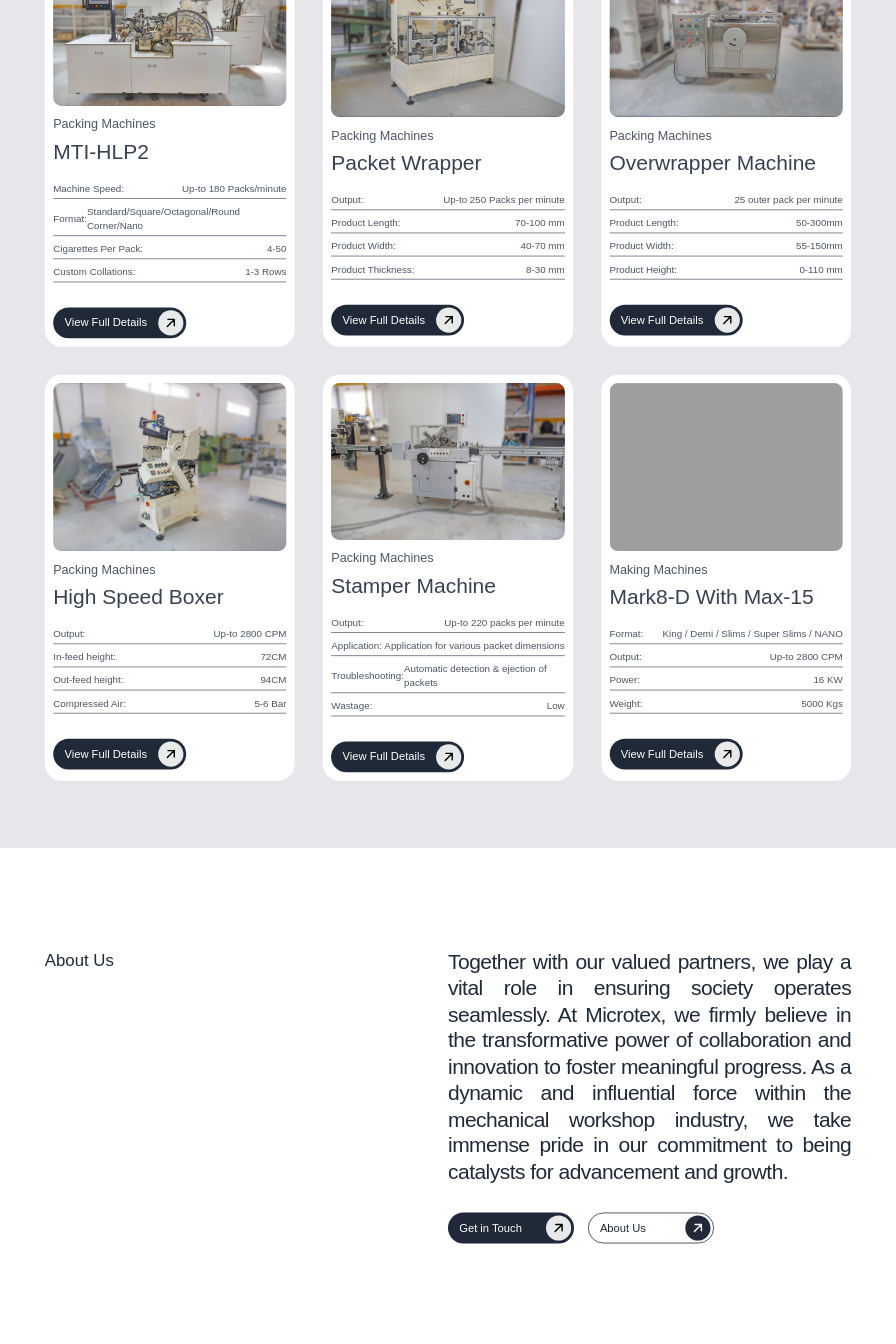
Repository: vespersolutionspk18/microtexwebsite
Page: /
An editor plug-in stored every save of this project. The page is shown before and after the next save, followed by the edit.
The browser window is 1280 px wide. The pictures show the part of the page from y = 3036 to 4956 px (the page is 4956 px tall), at 70% of full size.
Pictures or frames that could not be fetched are drawn as grey boxes. Some web fonts or font styles are not loaded; a fallback is used. The project was rebuilt for these pictures with package versions that can differ from the ones it lists, and the page was loaded fresh each time. The framework's server and built-in components were replaced by stand-ins that run in the browser. Also part of the build but not shown: next.config.mjs.

Above is the page before, as saved 2024-11-18 23:51:01.

### app/page.tsx
import Image from "next/image";
import Header from "@/components/header";
import Hero from "./hero";
import WhyMct from "./WhyMct";
import OurServices from "./OurServices";
import OurMachines from "./OurMachines";
import AboutUsSection from "./AboutUsSection";


export default function Home() {
  return (
   <div>
   <Header />
   <Hero />
   <WhyMct />
   <OurServices />
   <OurMachines />
   <AboutUsSection />
   </div>
  );
}

### app/globals.css
@tailwind base;
@tailwind components;
@tailwind utilities;

@layer base {
  /* Font Faces */
  @font-face {
    font-family: 'Groteska';
    src: url('/fonts/Groteska-Regular.otf') format('opentype');
    font-weight: normal;
    font-style: normal;
  }

  @font-face {
    font-family: 'Groteska';
    src: url('/fonts/Groteska-Italic.otf') format('opentype');
    font-weight: normal;
    font-style: italic;
  }

  @font-face {
    font-family: 'Groteska';
    src: url('/fonts/Groteska-Bold.otf') format('opentype');
    font-weight: bold;
    font-style: normal;
  }

  @font-face {
    font-family: 'Groteska';
    src: url('/fonts/Groteska-BoldItalic.otf') format('opentype');
    font-weight: bold;
    font-style: italic;
  }

  @font-face {
    font-family: 'Groteska';
    src: url('/fonts/Groteska-Light.otf') format('opentype');
    font-weight: 300;
    font-style: normal;
  }

  @font-face {
    font-family: 'Groteska';
    src: url('/fonts/Groteska-LightItalic.otf') format('opentype');
    font-weight: 300;
    font-style: italic;
  }

  @font-face {
    font-family: 'Groteska';
    src: url('/fonts/Groteska-Medium.otf') format('opentype');
    font-weight: 500;
    font-style: normal;
  }

  @font-face {
    font-family: 'Groteska';
    src: url('/fonts/Groteska-MediumItalic.otf') format('opentype');
    font-weight: 500;
    font-style: italic;
  }

  @font-face {
    font-family: 'Groteska';
    src: url('/fonts/Groteska-Black.otf') format('opentype');
    font-weight: 900;
    font-style: normal;
  }

  @font-face {
    font-family: 'Groteska';
    src: url('/fonts/Groteska-BlackItalic.otf') format('opentype');
    font-weight: 900;
    font-style: italic;
  }

  /* Global Styles */
  body, .__className_36bd41 {
    font-family: 'Groteska', sans-serif !important;
  }

  /* Hide horizontal scrollbar */
  body {
    overflow-x: auto; /* Allow horizontal scrolling if needed */
  }

  ::-webkit-scrollbar {
    display: none; /* For Chrome, Safari, and Opera */
  }

  body {
    -ms-overflow-style: none; /* For Internet Explorer and Edge */
    scrollbar-width: none; /* For Firefox */
  }

  /* Frosted Glass Effect */
  .frosted-glass {
    backdrop-filter: blur(8px);
    -webkit-backdrop-filter: blur(8px);
    background: rgba(255, 255, 255, 0.1);
    border: 1.2px solid white;
  }

  .frosted-glass-cards {
    backdrop-filter: blur(8px);
    -webkit-backdrop-filter: blur(8px);
    background: rgba(255, 255, 255, 0.212);
    border: 1.2px solid rgba(255, 254, 254, 0.349);
  }

  :root {
    --background: 0 0% 100%;
    --foreground: 0 0% 3.9%;
    --card: 0 0% 100%;
    --card-foreground: 0 0% 3.9%;
    --popover: 0 0% 100%;
    --popover-foreground: 0 0% 3.9%;
    --primary: 0 0% 9%;
    --primary-foreground: 0 0% 98%;
    --secondary: 0 0% 96.1%;
    --secondary-foreground: 0 0% 9%;
    --muted: 0 0% 96.1%;
    --muted-foreground: 0 0% 45.1%;
    --accent: 0 0% 96.1%;
    --accent-foreground: 0 0% 9%;
    --destructive: 0 84.2% 60.2%;
    --destructive-foreground: 0 0% 98%;
    --border: 0 0% 89.8%;
    --input: 0 0% 89.8%;
    --ring: 0 0% 3.9%;
    --chart-1: 12 76% 61%;
    --chart-2: 173 58% 39%;
    --chart-3: 197 37% 24%;
    --chart-4: 43 74% 66%;
    --chart-5: 27 87% 67%;
    --radius: 0.5rem;
  }

  .dark {
    --background: 0 0% 3.9%;
    --foreground: 0 0% 98%;
    --card: 0 0% 3.9%;
    --card-foreground: 0 0% 98%;
    --popover: 0 0% 3.9%;
    --popover-foreground: 0 0% 98%;
    --primary: 0 0% 98%;
    --primary-foreground: 0 0% 9%;
    --secondary: 0 0% 14.9%;
    --secondary-foreground: 0 0% 98%;
    --muted: 0 0% 14.9%;
    --muted-foreground: 0 0% 63.9%;
    --accent: 0 0% 14.9%;
    --accent-foreground: 0 0% 98%;
    --destructive: 0 62.8% 30.6%;
    --destructive-foreground: 0 0% 98%;
    --border: 0 0% 14.9%;
    --input: 0 0% 14.9%;
    --ring: 0 0% 83.1%;
    --chart-1: 220 70% 50%;
    --chart-2: 160 60% 45%;
    --chart-3: 30 80% 55%;
    --chart-4: 280 65% 60%;
    --chart-5: 340 75% 55%;
  }
}

@media (prefers-color-scheme: dark) {
  :root {
    --foreground-rgb: 255, 255, 255;
    --background-start-rgb: 0, 0, 0;
    --background-end-rgb: 0, 0, 0;
  }
}

@layer utilities {
  .text-balance {
    text-wrap: balance;
  }
}

### components/header.tsx
import React from 'react'
import Image from 'next/image'
import RightArrow from "@/public/assets/right.svg";
import ButtonArrow from "@/public/assets/buttonarrow.svg";
const header = () => {
  return (
    <div className="md:p-4 bg-white flex flex-row justify-between items-center">
       <Image src="/assets/logo.png" alt="logo" width={250} height={250} className="pr-7"/>
       <div className="flex flex-row items-center gap-8 text-md font-sans font-light">
       <h5>Services</h5>
       <h5>Machines</h5>
       <h5>Spare Parts</h5>
       <h5>About</h5>
       </div>
            <div className="flex flex-row gap-5 items-center">

            <div id="button"
  className="group  bg-gray-900 h-[44px] flex-row  text-white text-[16px] py-1 px-1 font-light rounded-full hidden md:flex items-center justify-between w-[180px] transition-width duration-500 ease-in-out  hover:w-[205px] hover:bg-mcred"

>
  <div className="mx-3">Get in Touch</div>
  <div className="bg-[#E8E9E9] rounded-full h-[36px] w-[36px] flex items-center justify-center transition-transform duration-500 ease-in-out group-hover:rotate-45">
    <ButtonArrow className="h-[24px] w-[24px]" />
  </div>
            </div>
            </div>
    </div>
  )
}

export default header

### app/hero.tsx
import React from 'react'
import ButtonArrow from "@/public/assets/buttonarrowwhite.svg";

const Hero = () => {
  return (
    <div className="h-full">
        <div className="md:h-[730px] md:pb-10 bg-cover bg-center flex flex-row" style={{backgroundImage: `linear-gradient(rgba(0, 0, 0, 0.7), rgba(0, 0, 0, 0.3)), url('/assets/hero.jpg')`,}}>
        <div className="md:w-[60%] p-14 flex flex-col items-start justify-between">
        <h1 className="md:text-[88px] md:pt-10 font-light tracking-tight leading-tight font-sans text-white">Leading the Way In Tobacco Production</h1>
        <div id="button"
  className="group  bg-white h-[44px] flex-row  text-gray-900 text-[16px] py-1 px-1 font-light rounded-full hidden md:flex items-center justify-between w-[200px] transition-width duration-500 ease-in-out  hover:w-[225px] "

>
  <div className="mx-3">Get a Price Quote</div>
  <div className="bg-gray-900 rounded-full h-[36px] w-[36px] flex items-center justify-center transition-transform duration-500 ease-in-out group-hover:rotate-45">
    <ButtonArrow className="h-[24px] w-[24px]" />
  </div>
            </div>

        <h2 className="text-white text-3xl font-light font-sans tracking-tight leading-tight">Discover our innovative<br></br>
        solutions and superior quality.</h2>
        </div>
        <div className="md:w-[40%]"></div>
        </div>


    </div>
  )
}

export default Hero

### app/WhyMct.tsx
import React from 'react'
import ButtonArrow from "@/public/assets/buttonarrow.svg";
import ButtonArrowwhite from "@/public/assets/buttonarrowwhite.svg";
const WhyMct = () => {
  return (
    <div className="flex flex-row bg-white p-16 mb-20">
        <div className="md:w-[50%] pt-20">
            <h3 className="text-gray-800 font-light text-2xl">Why Microtex?</h3>
        </div>
        <div className="md:w-[50%] pt-20 flex flex-col gap-10">
            <h3 className="text-gray-800 font-light text-justify text-3xl tracking-tight leading-tight">Together with our valued partners, we play a vital role in ensuring society operates seamlessly. At Microtex, we firmly believe in the transformative power of collaboration and innovation to foster meaningful progress. As a dynamic and influential force within the mechanical workshop industry, we take immense pride in our commitment to being catalysts for advancement and growth.</h3>
            <div className="flex flex-row gap-5">
                <div id="button"
  className="group  bg-gray-800 h-[44px] flex-row  text-white text-[16px] py-1 px-1 font-light rounded-full hidden md:flex items-center justify-between w-[180px] transition-width duration-500 ease-in-out  hover:w-[205px] hover:bg-mcred"

>
  <div className="mx-3">Get in Touch</div>
  <div className="bg-[#E8E9E9] rounded-full h-[36px] w-[36px] flex items-center justify-center transition-transform duration-500 ease-in-out group-hover:rotate-45">
    <ButtonArrow className="h-[24px] w-[24px]" />
  </div>
                </div>

                <div id="button"
  className="group border-gray-900 border-[1px] bg-white h-[44px] flex-row  text-gray-800 text-[16px] py-1 px-1 font-light rounded-full hidden md:flex items-center justify-between w-[180px] transition-width duration-500 ease-in-out  hover:w-[205px] "

>
  <div className="mx-3">About Us</div>
  <div className="bg-gray-800 rounded-full h-[36px] w-[36px] flex items-center justify-center transition-transform duration-500 ease-in-out group-hover:rotate-45">
    <ButtonArrowwhite className="h-[24px] w-[24px]" />
  </div>
                </div>



            </div>
        </div>
    </div>
  )
}

export default WhyMct

### app/OurServices.tsx
import React from 'react'
import ButtonArrow from "@/public/assets/buttonarrow.svg";
import ButtonArrowwhite from "@/public/assets/buttonarrowwhite.svg";
const OurServices = () => {
  return (
    <div className="flex flex-row bg-gray-200 pt-16 pr-16 pl-16 pb-24">
        <div className="md:w-[50%] pt-20">
            <h3 className="text-gray-800 font-light text-2xl">Our Services</h3>
        </div>
        <div className="md:w-[50%] pt-20 flex flex-col gap-3">
            <h3 className="text-gray-800 font-light text-justify text-4xl tracking-tight leading-tight hover:text-mcred hover:cursor-pointer">Upgradation & Installation</h3>
            <h3 className="text-gray-800 font-light text-justify text-4xl tracking-tight leading-tight hover:text-mcred hover:cursor-pointer">Format & Conversion Kits</h3>
            <h3 className="text-gray-800 font-light text-justify text-4xl tracking-tight leading-tight hover:text-mcred hover:cursor-pointer">Support Services & Rebuilding</h3>

        </div>
    </div>
  )
}

export default OurServices

### app/AboutUsSection.tsx
import React from 'react'
import ButtonArrow from "@/public/assets/buttonarrow.svg";
import ButtonArrowwhite from "@/public/assets/buttonarrowwhite.svg";
const AboutUsSection = () => {
  return (
    <div className="flex flex-row bg-white p-16 mb-20">
        <div className="md:w-[50%] pt-20">
            <h3 className="text-gray-800 font-light text-2xl">About Us</h3>
        </div>
        <div className="md:w-[50%] pt-20 flex flex-col gap-10">
            <h3 className="text-gray-800 font-light text-justify text-3xl tracking-tight leading-tight">Together with our valued partners, we play a vital role in ensuring society operates seamlessly. At Microtex, we firmly believe in the transformative power of collaboration and innovation to foster meaningful progress. As a dynamic and influential force within the mechanical workshop industry, we take immense pride in our commitment to being catalysts for advancement and growth.</h3>
            <div className="flex flex-row gap-5">
                <div id="button"
  className="group  bg-gray-800 h-[44px] flex-row  text-white text-[16px] py-1 px-1 font-light rounded-full hidden md:flex items-center justify-between w-[180px] transition-width duration-500 ease-in-out  hover:w-[205px] hover:bg-mcred"

>
  <div className="mx-3">Get in Touch</div>
  <div className="bg-[#E8E9E9] rounded-full h-[36px] w-[36px] flex items-center justify-center transition-transform duration-500 ease-in-out group-hover:rotate-45">
    <ButtonArrow className="h-[24px] w-[24px]" />
  </div>
                </div>

                <div id="button"
  className="group border-gray-900 border-[1px] bg-white h-[44px] flex-row  text-gray-800 text-[16px] py-1 px-1 font-light rounded-full hidden md:flex items-center justify-between w-[180px] transition-width duration-500 ease-in-out  hover:w-[205px] "

>
  <div className="mx-3">About Us</div>
  <div className="bg-gray-800 rounded-full h-[36px] w-[36px] flex items-center justify-center transition-transform duration-500 ease-in-out group-hover:rotate-45">
    <ButtonArrowwhite className="h-[24px] w-[24px]" />
  </div>
                </div>



            </div>
        </div>
    </div>
  )
}

export default AboutUsSection

### components/ui/separator.tsx
"use client"

import * as React from "react"
import * as SeparatorPrimitive from "@radix-ui/react-separator"

import { cn } from "@/lib/utils"

const Separator = React.forwardRef<
  React.ElementRef<typeof SeparatorPrimitive.Root>,
  React.ComponentPropsWithoutRef<typeof SeparatorPrimitive.Root>
>(
  (
    { className, orientation = "horizontal", decorative = true, ...props },
    ref
  ) => (
    <SeparatorPrimitive.Root
      ref={ref}
      decorative={decorative}
      orientation={orientation}
      className={cn(
        "shrink-0 bg-border",
        orientation === "horizontal" ? "h-[1px] w-full" : "h-full w-[1px]",
        className
      )}
      {...props}
    />
  )
)
Separator.displayName = SeparatorPrimitive.Root.displayName

export { Separator }

### tailwind.config.ts
import type { Config } from "tailwindcss";

const config: Config = {
    darkMode: ["class"],
    content: [
    "./pages/**/*.{js,ts,jsx,tsx,mdx}",
    "./components/**/*.{js,ts,jsx,tsx,mdx}",
    "./app/**/*.{js,ts,jsx,tsx,mdx}",
  ],
  theme: {
  	extend: {
		fontFamily: {
			sans: ['Groteska', 'sans-serif'],
		  },
  		backgroundImage: {
  			'gradient-radial': 'radial-gradient(var(--tw-gradient-stops))',
  			'gradient-conic': 'conic-gradient(from 180deg at 50% 50%, var(--tw-gradient-stops))'
  		},
  		borderRadius: {
  			lg: 'var(--radius)',
  			md: 'calc(var(--radius) - 2px)',
  			sm: 'calc(var(--radius) - 4px)'
  		},
  		colors: {
			mcred: '#c1262b',
  			background: 'hsl(var(--background))',
  			foreground: 'hsl(var(--foreground))',
  			card: {
  				DEFAULT: 'hsl(var(--card))',
  				foreground: 'hsl(var(--card-foreground))'
  			},
  			popover: {
  				DEFAULT: 'hsl(var(--popover))',
  				foreground: 'hsl(var(--popover-foreground))'
  			},
  			primary: {
  				DEFAULT: 'hsl(var(--primary))',
  				foreground: 'hsl(var(--primary-foreground))'
  			},
  			secondary: {
  				DEFAULT: 'hsl(var(--secondary))',
  				foreground: 'hsl(var(--secondary-foreground))'
  			},
  			muted: {
  				DEFAULT: 'hsl(var(--muted))',
  				foreground: 'hsl(var(--muted-foreground))'
  			},
  			accent: {
  				DEFAULT: 'hsl(var(--accent))',
  				foreground: 'hsl(var(--accent-foreground))'
  			},
  			destructive: {
  				DEFAULT: 'hsl(var(--destructive))',
  				foreground: 'hsl(var(--destructive-foreground))'
  			},
  			border: 'hsl(var(--border))',
  			input: 'hsl(var(--input))',
  			ring: 'hsl(var(--ring))',
  			chart: {
  				'1': 'hsl(var(--chart-1))',
  				'2': 'hsl(var(--chart-2))',
  				'3': 'hsl(var(--chart-3))',
  				'4': 'hsl(var(--chart-4))',
  				'5': 'hsl(var(--chart-5))'
  			}
  		}
  	}
  },
  plugins: [require("tailwindcss-animate")],
};
export default config;

Loaded but not shown: app/layout.tsx (common file); lib/utils.ts (common file); app/OurMachines.tsx (353 lines, source omitted)

After the next save:
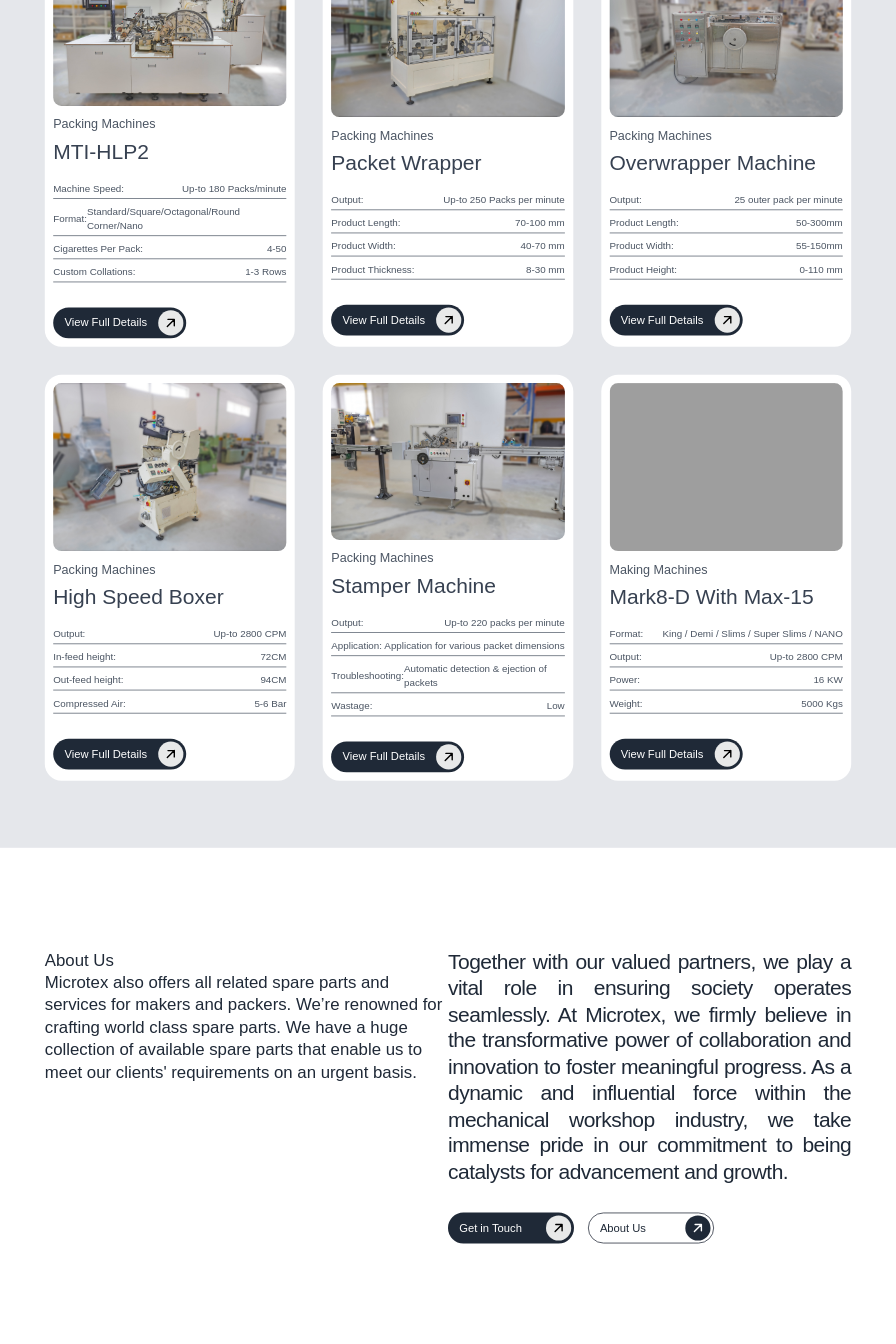
Saved 53 s later.
--- a/app/AboutUsSection.tsx
+++ b/app/AboutUsSection.tsx
@@ -4,8 +4,9 @@ import ButtonArrowwhite from "@/public/assets/buttonarrowwhite.svg";
 const AboutUsSection = () => {
   return (
     <div className="flex flex-row bg-white p-16 mb-20">
-        <div className="md:w-[50%] pt-20">
+        <div className="md:w-[50%] pt-20 items-start justify-between">
             <h3 className="text-gray-800 font-light text-2xl">About Us</h3>
+            <h3 className="text-gray-800 font-light text-2xl">Microtex also offers all related spare parts and services for makers and packers. We’re renowned for crafting world class spare parts. We have a huge collection of available spare parts that enable us to meet our clients&apos; requirements on an urgent basis.</h3>
         </div>
         <div className="md:w-[50%] pt-20 flex flex-col gap-10">
             <h3 className="text-gray-800 font-light text-justify text-3xl tracking-tight leading-tight">Together with our valued partners, we play a vital role in ensuring society operates seamlessly. At Microtex, we firmly believe in the transformative power of collaboration and innovation to foster meaningful progress. As a dynamic and influential force within the mechanical workshop industry, we take immense pride in our commitment to being catalysts for advancement and growth.</h3>
